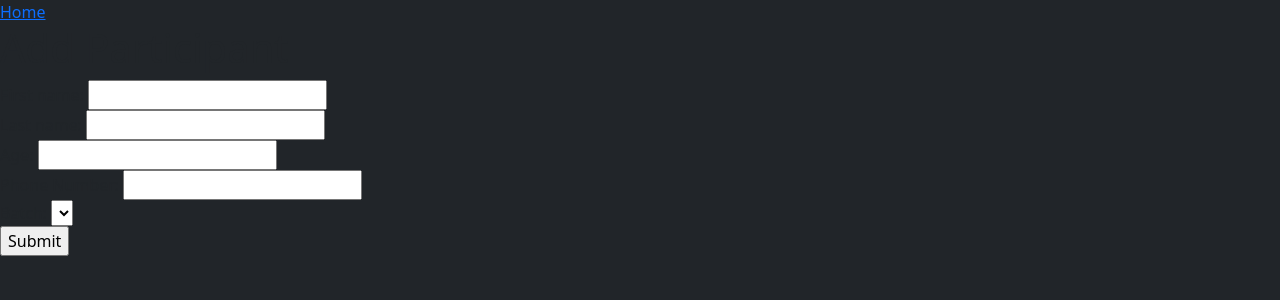
Repository: Jannis-Buschhaus/simplilearn-assessment-phase2
Page: http://localhost/FunfitWebapp/ParticipantsController?target=addParticipant
These files come from the project's save history. The page is drawn as it stood at one moment and after the next save; the edit follows.
The browser window is 1280 px wide. The pictures show the whole page.
The page is served by Tomcat 9. Queries for data that is not in the repository find no rows.

Above is the page before, as saved 2024-05-30 14:40:25.

After the next save:
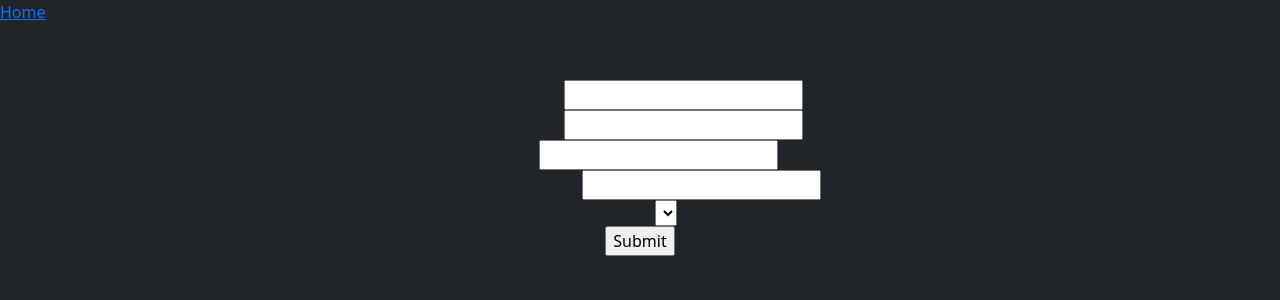
Saved 111 s later.
--- a/FunfitWebapp/src/main/webapp/addParticipant.jsp
+++ b/FunfitWebapp/src/main/webapp/addParticipant.jsp
@@ -10,23 +10,25 @@
 </head>
 <body class="bg-dark">
 	<a href="index.jsp">Home</a>
-	<h1>Add Participant</h1>
-	<form action="ParticipantsController" method="post">
-		<label for="fname">First name:</label>
-		<input type="text" name="fname" /><br />
-		<label for="lname">Last name:</label>
-		<input type="text" name="lname" /><br />
-		<label for="age">Age:</label>
-		<input type="number" name="age" /><br />
-		<label for="phoneNumber">Phone Number:</label>
-		<input type="text" name="phoneNumber" /><br />
-		<label for="batchId">Batch:</label>
-		<select name="batchId">
-			<c:forEach var="batch" items="${ sessionScope.batch }">
-				<option value="${ batch.getBatchId() }">${ batch.getTypeOfBatch() } ${ batch.getTime() }</option>
-			</c:forEach>
-		</select><br />
-		<input type="submit" value="Submit" />
-	</form>
+	<div class="text-center">
+		<h1>Add Participant</h1>
+		<form action="ParticipantsController" method="post">
+			<label for="fname">First name:</label>
+				<input type="text" name="fname" /><br />
+			<label for="lname">Last name:</label>
+				<input type="text" name="lname" /><br />
+			<label for="age">Age:</label>
+				<input type="number" name="age" /><br />
+			<label for="phoneNumber">Phone Number:</label>
+				<input type="text" name="phoneNumber" /><br />
+			<label for="batchId">Batch:</label>
+				<select name="batchId">
+					<c:forEach var="batch" items="${ sessionScope.batch }">
+						<option value="${ batch.getBatchId() }">${ batch.getTypeOfBatch() } ${ batch.getTime() }</option>
+					</c:forEach>
+				</select><br />
+			<input type="submit" value="Submit" />
+		</form>
+	</div>
 </body>
 </html>
